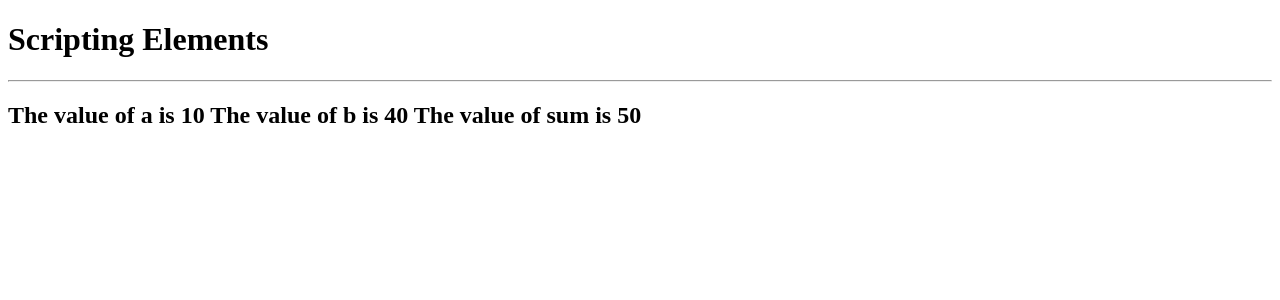
Repository: adityaram1987/git-repos
Page: http://localhost/demoWeb/Demo.jsp
The author's editor kept a copy of each file at every save. The page is drawn from the files as they stood at one save, then again after the next save.
The browser window is 1280 px wide. The pictures show the whole page.
The page is served by Tomcat 9. Other server files are loaded and not shown.

Above is the page before, as saved 2019-07-10 07:20:37.

### eclipse-workspace/demoWeb/WebContent/Demo.jsp
<%@ page language="java" contentType="text/html; charset=ISO-8859-1"
    pageEncoding="ISO-8859-1"%>
<!DOCTYPE html PUBLIC "-//W3C//DTD HTML 4.01 Transitional//EN" "http://www.w3.org/TR/html4/loose.dtd">
<html>
<head>
<meta http-equiv="Content-Type" content="text/html; charset=ISO-8859-1">
<title>Insert title here</title>
</head>
<body>
<h1>Scripting Elements</h1>
<hr>
<h2>
<%!
    int a=10;
	int b=40;
%>

<%
	int sum= a+b;
%>
The value of a is <%= a %>
The value of b is <%= b %>
The value of sum is <%= sum %>
</h2>
</body>
</html>

After the next save:
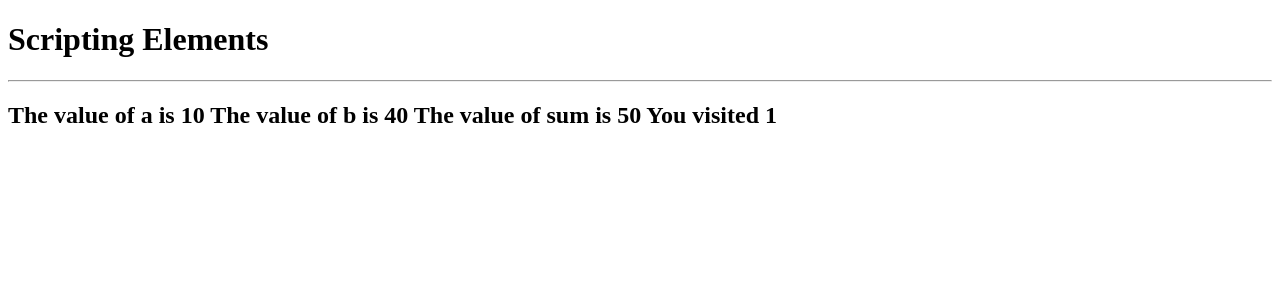
Saved 2 min 53 s later.
--- a/eclipse-workspace/demoWeb/WebContent/Demo.jsp
+++ b/eclipse-workspace/demoWeb/WebContent/Demo.jsp
@@ -13,6 +13,7 @@
 <%!
     int a=10;
 	int b=40;
+	int i=1;
 %>
 
 <%
@@ -21,6 +22,7 @@
 The value of a is <%= a %>
 The value of b is <%= b %>
 The value of sum is <%= sum %>
+You visited <%= i++ %>
 </h2>
 </body>
 </html>
